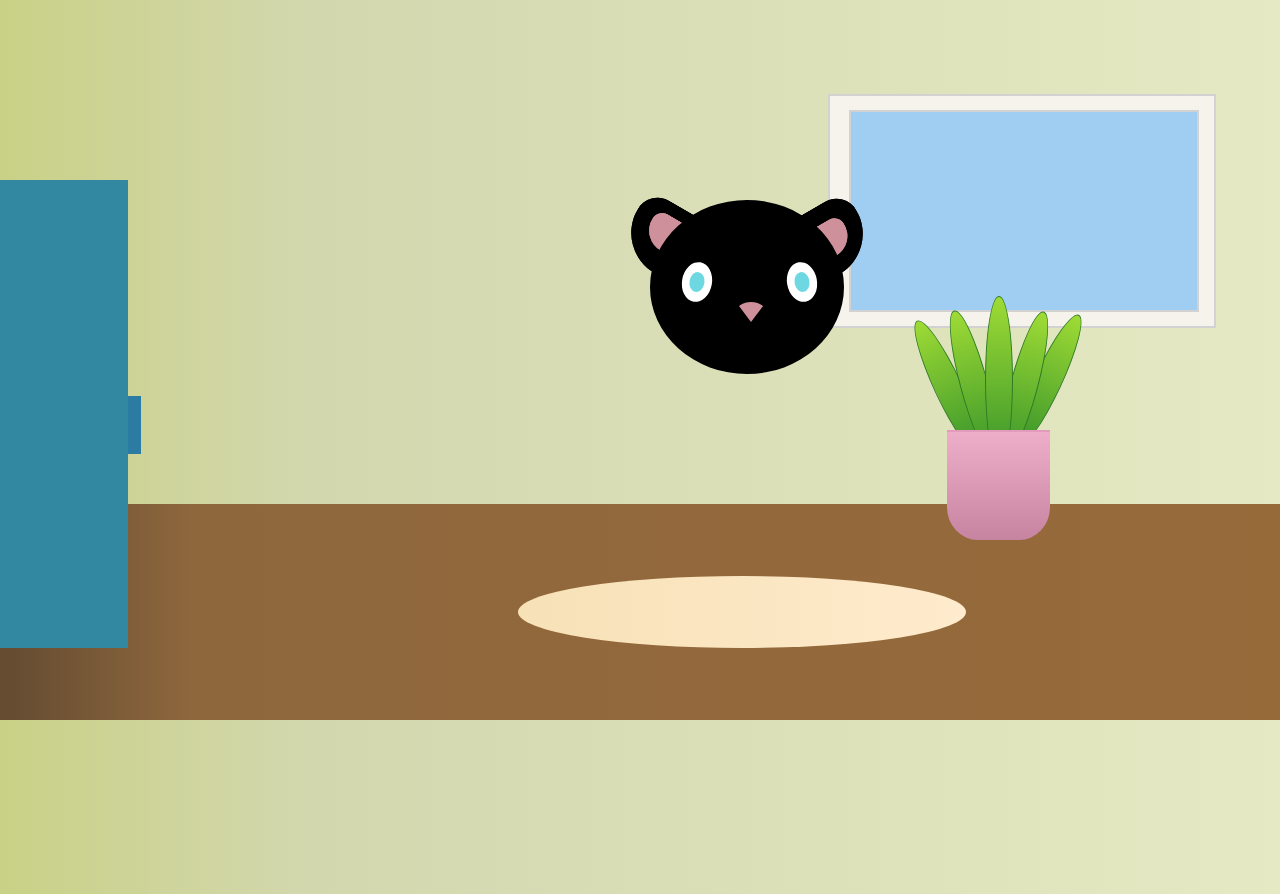
Repository: SandyLy453/COMP-2170-team-project
Page: index.html
The author's editor kept a copy of each file at every save. The page is drawn from the files as they stood at one save, then again after the next save.
The browser window is 1280 px wide. The pictures show the whole page.

Above is the page before, as saved 2024-05-03 13:17:59.

### index.html
<!DOCTYPE html>
<html lang="en">
<head>
    <meta charset="UTF-8">
    <meta name="viewport" content="width=device-width, initial-scale=1.0">
    <title>Team Project: Doll Dress-Up Game</title>
    <link rel="stylesheet" href="styles.css" />
</head>
<body>
    <main class="main-area">
        <div class="background">
            <div class="floor"></div>
            <div class="closet">
                <div class="openner"></div>
            </div>
            <div class="carpet"></div>
            <div class="window">
                <div class="outside"></div>
            </div>
            <div class="plantPot">
                <div class="leaves">
                    <div class="plant"></div>
                    <div class="plant-left-one"></div>
                    <div class="plant-right-one"></div>
                    <div class="plant-left-two"></div>
                    <div class="plant-right-two"></div>
                </div>
                <div class="pot"></div>
            </div>
            <div class="picturesCombo">
                <div class="pictures-one"></div>
                <div class="pictures-two"></div>
                <div class="pictures-three"></div>
                <div class="pictures-four"></div>
                <div class="pictures-five"></div>
                <div class="pictures-six"></div>
            </div>
        </div>

        <div class="character">
            <div class="cat">
                <div class="cat-head">
                    <div class="ears">

                        <div class="left-ear">
                            <div class="left-inner-ear">
                            </div>
                        </div>

                        <div class="right-ear">
                            <div class="right-inner-ear">
                            </div>
                        </div>
                    </div>

                    <div class="cat-eyes">
                        <div class="left-eye">
                            <div class="left-inner-eye">
                            </div>
                        </div>
                        <div class="right-eye">
                            <div class="right-inner-eye">
                            </div>
                        </div>
                    </div>

                    <div class="cat-nose"></div>

                    <div class="cat-mouth">
                        <div class="left-line"></div>
                        <div class="right-line"></div>
                    </div>

                    <div class="cat-whiskers-left">
                        <div class="whisker-left-top"></div>
                        <div class="whisker-left-middle"></div>
                        <div class="whisker-left-bottom"></div>
                    </div>
                    <div class="cat-whiskers-right">
                        <div class="whisker-right-top"></div>
                        <div class="whisker-right-middle"></div>
                        <div class="whisker-right-bottom"></div>
                    </div>
                </div>

                <div class="cat-body">
                    <div class="arm left-arm"></div>
                    <div class="arm right-arm"></div>
                    <div class="foot left-foot"></div>
                    <div class="foot right-arm"></div>
                </div>
            </div>
        </div>
    </main>
    <script src="script.js"></script>
</body>
</html>

### styles.css
body {
    margin: 0;
    width: 100vw;
    min-height: 100vh;
    background: linear-gradient(90deg, rgba(201,209,134,1) 0%, rgba(211,215,174,1) 24%, rgba(230,234,196,1) 100%);
}

/* Background styling */

.background {
    z-index: -10;
}

.floor {
    position: absolute;
    bottom: 0;
    width: 100vw;
    height: 30vh;
    background: linear-gradient(90deg, rgba(102,77,50,1) 1%, rgb(142, 103, 61) 15%, rgba(151,106,58,1) 100%);
    z-index: -2;
}

.closet {
    position: absolute;
    bottom: 10vh;
    left: 0;
    width: 10vw;
    height: 65vh;
    background-color: rgb(50, 135, 161);
}

.openner {
    position: relative;
    width: 1vw;
    height: 8vh;
    left: 10vw;
    bottom: -30vh;
    background-color: rgb(43, 123, 163);
}

.carpet {
    width: 35vw;
    height: 10vh;
    border-radius: 50%;
    background: linear-gradient(90deg, rgba(247,225,183,1) 0%, rgba(255,235,205,1) 100%);
    position: absolute;
    bottom: 10vh;
    right: 24.5vw;
}

.window {
    width: 30vw;
    height: 32vh;
    background-color: rgb(246, 243, 237);
    position: absolute;
    right: 5vw;
    top: 13vh;
    border: 2px solid rgb(210, 210, 210);
    z-index: -10;
}

.outside {
    width: 27vw;
    height: 27.5vh;
    background-color: rgb(160, 206, 242);
    position: relative;
    left: 1.5vw;
    top: 2vh;
    border: 2px solid rgb(210, 210, 210)
}

.plantPot {
    position: absolute;
    right: 18vw;
    bottom: 25vh;
}

.pot {
    width: 8vw;
    height: 15vh;
    background: linear-gradient(180deg, rgba(238,174,202,1) 0%, rgba(199,132,161,1) 100%);
    border-bottom-left-radius: 30%;
    border-bottom-right-radius: 30%;
    border-top: 2px solid rgb(224, 156, 186);
    z-index: 2;
}

.leaves {
    position: relative;
    top: 29rem;
    left: 0.45rem;
}

.plant {
    height: 23vh;
    width: 2vw;
    background: linear-gradient(0deg, rgba(55,148,42,1) 0%, rgba(159,219,53,1) 100%);
    z-index: -1;
    position: relative;
    top: 10.5rem;
    left: 30%;
    border-radius: 100%;
    border: 1px solid rgb(47, 124, 37);
}

.plant-left-one {
    height: 21vh;
    width: 2vw;
    background: linear-gradient(0deg, rgba(55,148,42,1) 0%, rgba(159,219,53,1) 100%);
    z-index: -2;
    position: relative;
    top: 0.75rem;
    left: 0.35rem;
    border-radius: 100%;
    border: 1px solid rgb(47, 124, 37);
    transform: rotate(-15deg);
}

.plant-right-one {
    height: 21vh;
    width: 2vw;
    background: linear-gradient(0deg, rgba(55,148,42,1) 0%, rgba(159,219,53,1) 100%);
    z-index: -3;
    position: relative;
    top: -8.75rem;
    left: 3.5rem;
    border-radius: 100%;
    border: 1px solid rgb(47, 124, 37);
    transform: rotate(15deg);
}

.plant-left-two {
    height: 20vh;
    width: 2vw;
    background: linear-gradient(0deg, rgba(55,148,42,1) 0%, rgba(159,219,53,1) 100%);
    z-index: -4;
    position: relative;
    top: -18rem;
    left: -1.25rem;
    border-radius: 100%;
    border: 1px solid rgb(47, 124, 37);
    transform: rotate(-25deg);
}

.plant-right-two {
    height: 20vh;
    width: 2vw;
    background: linear-gradient(0deg, rgba(55,148,42,1) 0%, rgba(159,219,53,1) 100%);
    z-index: -5;
    position: relative;
    top: -27.5rem;
    left: 5rem;
    border-radius: 100%;
    border: 1px solid rgb(47, 124, 37);
    transform: rotate(25deg);
}



/* Cat styling */

.cat-head {
    position: absolute;
    right: 0;
    left: 650px;
    top: 200px;
    bottom: 0;
    background-color: black;
    width: 190px;
    height: 170px;
    border: 2px solid black;
    border-radius: 50%;
}

.left-ear {
    position: absolute;
    z-index: -1;
    top: 0;
    left: -25px;
    border-top-left-radius: 80px;
    border-top-right-radius: 40px;
    transform: rotate(-60deg);
    border-left: 35px solid black;
    border-right: 35px solid black;
    border-bottom: 70px solid black;
}

.right-ear {
    position: absolute;
    z-index: -1;
    top: 1px;
    left: 145px;
    border-top-left-radius: 40px;
    border-top-right-radius: 80px;
    transform: rotate(60deg);
    border-left: 35px solid black;
    border-right: 35px solid black;
    border-bottom: 70px solid black;
}

.left-inner-ear {
    position: absolute;
    top: 0;
    left: -30px;
    transform: scale(0.5);
    border-top-left-radius: 80px;
    border-top-right-radius: 40px;
    border-bottom-right-radius: 40%;
    border-bottom-left-radius: 40%;
    border-left: 35px solid rgb(206, 144, 154);
    border-right: 35px solid rgb(206, 144, 154);
    border-bottom: 70px solid rgb(206, 144, 154);
}

.right-inner-ear {
    position: absolute;
    top: 0px;
    left: -35px;
    transform: scale(0.5);
    border-top-left-radius: 40px;
    border-top-right-radius: 80px;
    border-bottom-right-radius: 40%;
    border-bottom-left-radius: 40%;
    border-left: 35px solid rgb(206, 144, 154);
    border-right: 35px solid rgb(206, 144, 154);
    border-bottom: 70px solid rgb(206, 144, 154);
}

.left-eye {
    position: absolute;
    top: 60px;
    left: 30px;
    border-radius: 60%;
    transform: rotate(10deg);
    width: 30px;
    height: 40px;
    background-color: white;
}

.right-eye {
    position: absolute;
    top: 60px;
    left: 135px;
    border-radius: 60%;
    transform: rotate(-10deg);
    width: 30px;
    height: 40px;
    background-color: white;
}

.left-inner-eye {
    position: absolute;
    top: 0px;
    left: 0px;
    border-radius: 60%;
    transform: scale(0.5);
    width: 30px;
    height: 40px;
    background-color: rgba(80, 208, 220, 0.831);
}

.right-inner-eye {
    position: absolute;
    top: 0px;
    left: 0px;
    border-radius: 60%;
    transform: scale(0.5);
    width: 30px;
    height: 40px;
    background-color: rgba(80, 208, 220, 0.831);
}

.cat-nose {
    position: absolute;
    top: 100px;
    left: 84px;
    border-top-left-radius: 50%;
    border-top-right-radius: 50%;
    border-bottom-right-radius: 50%;
    border-bottom-left-radius: 50%;
    transform: rotate(180deg);
    border-left: 15px solid transparent;
    border-right: 15px solid transparent;
    border-bottom: 20px solid rgb(206, 144, 154);
}

### script.js
const shirts = ["shirt1","shirt2","shirt3","shirt4", "shirt5"]

const bottoms = ["bottom1","bottom2","bottom3","bottom4", "bottom5"]

const accessories = ["acc1","acc2","acc3","acc4", "acc5"]

After the next save:
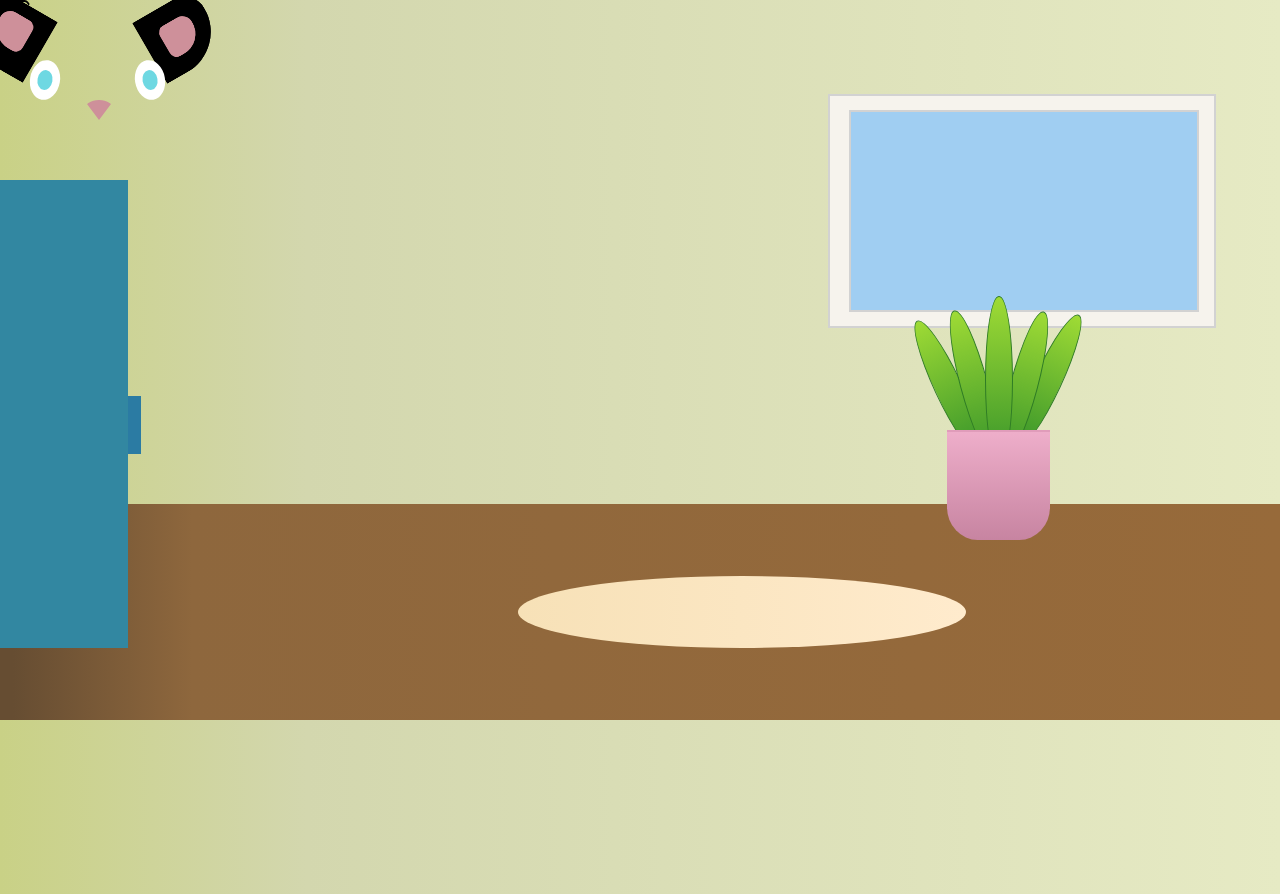
Saved 33 s later.
--- a/styles.css
+++ b/styles.css
@@ -154,6 +154,8 @@
     border: 1px solid rgb(47, 124, 37);
     transform: rotate(25deg);
 }
+
+.picturesCo
 
 
 
@@ -283,3 +285,11 @@
     border-right: 15px solid transparent;
     border-bottom: 20px solid rgb(206, 144, 154);
 }
+
+.cat-mouth {
+    width: 30px;
+    height: 50px;
+    border: 2px solid black;
+    border-radius: 190%/190px;
+    border-color: black transparent transparent transparent;
+}

After the save that followed:
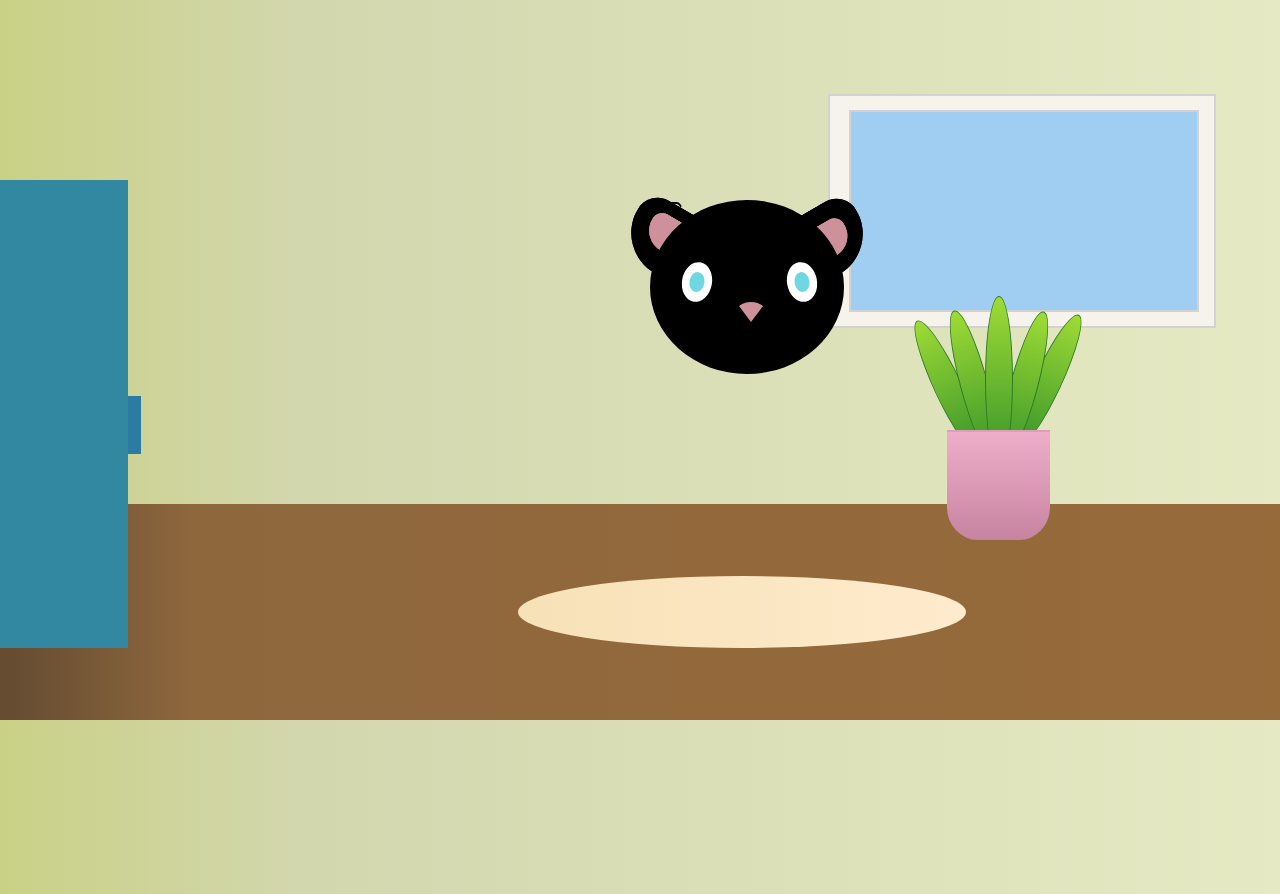
Saved 60 s later.
--- a/styles.css
+++ b/styles.css
@@ -155,7 +155,33 @@
     transform: rotate(25deg);
 }
 
-.picturesCo
+.picturesCombo {
+    position: absolute;
+}
+
+.pictures-one {
+
+}
+
+.pictures-two {
+
+}
+
+.pictures-three {
+
+}
+
+.pictures-four {
+
+}
+
+.pictures-five {
+
+}
+
+.pictures-six {
+
+}
 
 
 
